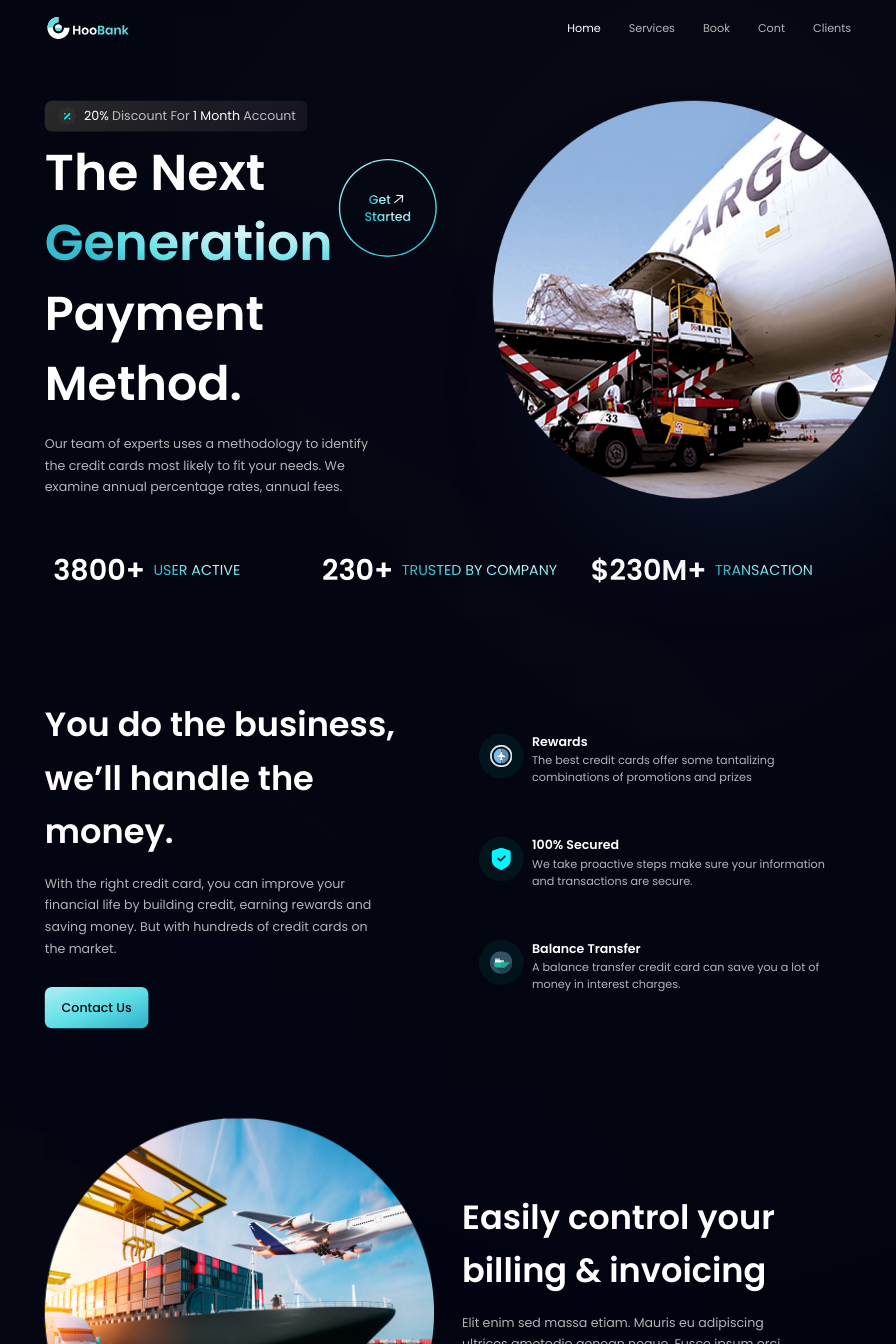
Repository: Miracleoluebube/captionlogistics
Page: /
An editor plug-in stored every save of this project. The page is shown before and after a run of saves, followed by the edit.
The browser window is 1280 px wide. The pictures show the part of the page from y = 0 to 1920 px (the page is 5015 px tall), at 70% of full size.
The project was rebuilt for these pictures with package versions that can differ from the ones it lists, and the page was loaded fresh each time. Also part of the build but not shown: vite.config.js.

Above is the page before, as saved 2022-10-01 07:03:45.

### src/index.css
/* :root {
  font-family: Inter, Avenir, Helvetica, Arial, sans-serif;
  font-size: 16px;
  line-height: 24px;
  font-weight: 400;

  color-scheme: light dark;
  color: rgba(255, 255, 255, 0.87);
  background-color: #242424;

  font-synthesis: none;
  text-rendering: optimizeLegibility;
  -webkit-font-smoothing: antialiased;
  -moz-osx-font-smoothing: grayscale;
  -webkit-text-size-adjust: 100%;
}

a {
  font-weight: 500;
  color: #646cff;
  text-decoration: inherit;
}
a:hover {
  color: #535bf2;
}

body {
  margin: 0;
  display: flex;
  place-items: center;
  min-width: 320px;
  min-height: 100vh;
}

h1 {
  font-size: 3.2em;
  line-height: 1.1;
}

button {
  border-radius: 8px;
  border: 1px solid transparent;
  padding: 0.6em 1.2em;
  font-size: 1em;
  font-weight: 500;
  font-family: inherit;
  background-color: #1a1a1a;
  cursor: pointer;
  transition: border-color 0.25s;
}
button:hover {
  border-color: #646cff;
}
button:focus,
button:focus-visible {
  outline: 4px auto -webkit-focus-ring-color;
}
*/

@import url("https://fonts.googleapis.com/css2?family=Poppins:wght@400;500;600;700;800;900&display=swap");

@tailwind base;
@tailwind components;
@tailwind utilities;

:root {
  --black-gradient: linear-gradient(
    144.39deg,
    #ffffff -278.56%,
    #6d6d6d -78.47%,
    #11101d 91.61%
  );
  --card-shadow: 0px 20px 100px -10px rgba(66, 71, 91, 0.1);
}

* {
  scroll-behavior: smooth;
}

.text-gradient {
  background: radial-gradient(
    64.18% 64.18% at 71.16% 35.69%,
    #def9fa 0.89%,
    #bef3f5 17.23%,
    #9dedf0 42.04%,
    #7de7eb 55.12%,
    #5ce1e6 71.54%,
    #33bbcf 100%
  );
  -webkit-background-clip: text;
  -webkit-text-fill-color: transparent;
  background-clip: text;
  text-fill-color: transparent;
}

.bg-blue-gradient {
  background: linear-gradient(
    157.81deg,
    #def9fa -43.27%,
    #bef3f5 -21.24%,
    #9dedf0 12.19%,
    #7de7eb 29.82%,
    #5ce1e6 51.94%,
    #33bbcf 90.29%
  );
}

.bg-black-gradient {
  background: linear-gradient(
    144.39deg,
    #ffffff -278.56%,
    #6d6d6d -78.47%,
    #11101d 91.61%
  );
}

.bg-black-gradient-2 {
  background: linear-gradient(
    -168.39deg,
    #ffffff -278.56%,
    #6d6d6d -78.47%,
    #11101d 91.61%
  );
}

.bg-gray-gradient {
  background: linear-gradient(
    153.47deg,
    rgba(255, 255, 255, 0) -341.94%,
    #14101d 95.11%
  );
}

.bg-discount-gradient {
  background: linear-gradient(125.17deg, #272727 0%, #11101d 100%);
}

.box-shadow {
  box-shadow: 0px 20px 100px -10px rgba(66, 71, 91, 0.1);
}

.sidebar {
  -webkit-animation: slide-top 0.5s cubic-bezier(0.25, 0.46, 0.45, 0.94) both;
  animation: slide-top 0.5s cubic-bezier(0.25, 0.46, 0.45, 0.94) both;
}

@-webkit-keyframes slide-top {
  0% {
    -webkit-transform: translateY(100px);
    transform: translateY(100px);
  }
  100% {
    -webkit-transform: translateY(0);
    transform: translateY(0);
  }
}

@keyframes slide-top {
  0% {
    -webkit-transform: translateY(100px);
    transform: translateY(100px);
  }
  100% {
    -webkit-transform: translateY(0);
    transform: translateY(0);
  }
}

.feature-card:hover {
  background: var(--black-gradient);
  box-shadow: var(--card-shadow);
}

.feedback-container .feedback-card:last-child {
  margin-right: 0px;
}

.feedback-card {
  background: transparent;
}

.feedback-card:hover {
  background: var(--black-gradient);
}

.blue__gradient {
  background: linear-gradient(180deg, rgba(188, 165, 255, 0) 0%, #214d76 100%);
  filter: blur(123px);
}

.pink__gradient {
  background: linear-gradient(90deg, #f4c4f3 0%, #fc67fa 100%);
  filter: blur(900px);
}

.white__gradient {
  background: rgba(255, 255, 255, 0.6);
  filter: blur(750px);
}


@media (prefers-color-scheme: light) {
  :root {
    color: #213547;
    background-color: #ffffff;
  }
  a:hover {
    color: #747bff;
  }
  button {
    background-color: #f9f9f9;
  }
}

### src/style.js
const styles = {
  boxWidth: "xl:max-w-[1280px] w-full",

  heading2: "font-poppins font-semibold xs:text-[48px] text-[40px] text-white xs:leading-[76.8px] leading-[66.8px] w-full",
  paragraph: "font-poppins font-normal text-dimWhite text-[18px] leading-[30.8px]",

  flexCenter: "flex justify-center items-center",
  flexStart: "flex justify-center items-start",

  paddingX: "sm:px-16 px-6",
  paddingY: "sm:py-16 py-6",
  padding: "sm:px-16 px-6 sm:py-12 py-4",

  marginX: "sm:mx-16 mx-6",
  marginY: "sm:my-16 my-6",
};

export const layout = {
  section: `flex md:flex-row flex-col ${styles.paddingY}`,
  sectionReverse: `flex md:flex-row flex-col-reverse ${styles.paddingY}`,

  sectionImgReverse: `flex-1 flex ${styles.flexCenter} md:mr-10 mr-0 md:mt-0 mt-10 relative`,
  sectionImg: `flex-1 flex ${styles.flexCenter} md:ml-10 ml-0 md:mt-0 mt-10 relative`,

  sectionInfo: `flex-1 ${styles.flexStart} flex-col`,
};

export default styles;

### src/components/Navbar.jsx
import { useState } from "react";

import { close, logo, menu } from "../assets";
import { navLinks } from "../constants";

const Navbar = () => {
  const [active, setActive] = useState("Home");
  const [toggle, setToggle] = useState(false);

  return (
    <nav className="w-full flex py-6 justify-between items-center navbar">
      <img src={logo} alt="hoobank" className="w-[124px] h-[32px]" />

      <ul className="list-none sm:flex hidden justify-end items-center flex-1">
        {navLinks.map((nav, index) => (
          <li
            key={nav.id}
            className={`font-poppins font-normal cursor-pointer text-[16px] ${
              active === nav.title ? "text-white" : "text-dimWhite"
            } ${index === navLinks.length - 1 ? "mr-0" : "mr-10"}`}
            onClick={() => setActive(nav.title)}
          >
            <a href={`#${nav.id}`}>{nav.title}</a>
          </li>
        ))}
      </ul>

      <div className="sm:hidden flex flex-1 justify-end items-center">
        <img
          src={toggle ? close : menu}
          alt="menu"
          className="w-[28px] h-[28px] object-contain"
          onClick={() => setToggle(!toggle)}
        />

        <div
          className={`${
            !toggle ? "hidden" : "flex"
          } p-6 bg-black-gradient absolute top-20 right-0 mx-4 my-2 min-w-[140px] rounded-xl sidebar`}
        >
          <ul className="list-none flex justify-end items-start flex-1 flex-col">
            {navLinks.map((nav, index) => (
              <li
                key={nav.id}
                className={`font-poppins font-medium cursor-pointer text-[16px] ${
                  active === nav.title ? "text-white" : "text-dimWhite"
                } ${index === navLinks.length - 1 ? "mb-0" : "mb-4"}`}
                onClick={() => setActive(nav.title)}
              >
                <a href={`#${nav.id}`}>{nav.title}</a>
              </li>
            ))}
          </ul>
        </div>
      </div>
    </nav>
  );
};

export default Navbar;

### src/components/Billing.jsx
import { apple, bill, google } from "../assets";
import styles, { layout } from "../style";

const Billing = () => (
  <section id="product" className={layout.sectionReverse}>
    <div className={layout.sectionImgReverse}>
      <img src={bill} alt="billing" className="w-[100%] h-[100%] relative z-[5]" />

      {/* gradient start */}
      <div className="absolute z-[3] -left-1/2 top-0 w-[50%] h-[50%] rounded-full white__gradient" />
      <div className="absolute z-[0] w-[50%] h-[50%] -left-1/2 bottom-0 rounded-full pink__gradient" />
      {/* gradient end */}
    </div>

    <div className={layout.sectionInfo}>
      <h2 className={styles.heading2}>
        Easily control your <br className="sm:block hidden" /> billing &
        invoicing
      </h2>
      <p className={`${styles.paragraph} max-w-[470px] mt-5`}>
        Elit enim sed massa etiam. Mauris eu adipiscing ultrices ametodio
        aenean neque. Fusce ipsum orci rhoncus aliporttitor integer platea
        placerat.
      </p>

      <div className="flex flex-row flex-wrap sm:mt-10 mt-6">
        <img src={apple} alt="google_play" className="w-[128.86px] h-[42.05px] object-contain mr-5 cursor-pointer" />
        <img src={google} alt="google_play" className="w-[144.17px] h-[43.08px] object-contain cursor-pointer" />
      </div>
    </div>
  </section>
);

export default Billing;

### src/components/CardDeal.jsx
import { card } from "../assets";
import styles, { layout } from "../style";
import Button from "./Button";

const CardDeal = () => (
  <section className={layout.section}>
    <div className={layout.sectionInfo}>
      <h2 className={styles.heading2}>
        Find a better card deal <br className="sm:block hidden" /> in few easy
        steps.
      </h2>
      <p className={`${styles.paragraph} max-w-[470px] mt-5`}>
        Arcu tortor, purus in mattis at sed integer faucibus. Aliquet quis
        aliquet eget mauris tortor.ç Aliquet ultrices ac, ametau.
      </p>

      <Button styles={`mt-10`} />
    </div>

    <div className={layout.sectionImg}>
      <img src={card} alt="billing" className="w-[100%] h-[100%]" />
    </div>
  </section>
);

export default CardDeal;

### src/components/Business.jsx
import { features } from "../constants";
import styles, { layout } from "../style";
import Button from "./Button";

const FeatureCard = ({ icon, title, content, index }) => (
  <div className={`flex flex-row p-6 rounded-[20px] ${index !== features.length - 1 ? "mb-6" : "mb-0"} feature-card`}>
    <div className={`w-[64px] h-[64px] rounded-full ${styles.flexCenter} bg-dimBlue`}>
      <img src={icon} alt="star" className="w-[50%] h-[50%] object-contain" />
    </div>
    <div className="flex-1 flex flex-col ml-3">
      <h4 className="font-poppins font-semibold text-white text-[18px] leading-[23.4px] mb-1">
        {title}
      </h4>
      <p className="font-poppins font-normal text-dimWhite text-[16px] leading-[24px]">
        {content}
      </p>
    </div>
  </div>
);

const Business = () =>  (
  <section id="features" className={layout.section}>
    <div className={layout.sectionInfo}>
      <h2 className={styles.heading2}>
        You do the business, <br className="sm:block hidden" /> we’ll handle
        the money.
      </h2>
      <p className={`${styles.paragraph} max-w-[470px] mt-5`}>
        With the right credit card, you can improve your financial life by
        building credit, earning rewards and saving money. But with hundreds
        of credit cards on the market.
      </p>

      <Button styles={`mt-10`} />
    </div>

    <div className={`${layout.sectionImg} flex-col`}>
      {features.map((feature, index) => (
        <FeatureCard key={feature.id} {...feature} index={index} />
      ))}
    </div>
  </section>
);

export default Business;

### src/components/Stats.jsx
import { stats } from "../constants";
import styles from "../style";

const Stats = () => (
  <section className={`${styles.flexCenter} flex-row flex-wrap sm:mb-20 mb-6`}>
    {stats.map((stat) => (
      <div key={stat.id} className={`flex-1 flex justify-start items-center flex-row m-3`} >
        <h4 className="font-poppins font-semibold xs:text-[40.89px] text-[30.89px] xs:leading-[53.16px] leading-[43.16px] text-white">
          {stat.value}
        </h4>
        <p className="font-poppins font-normal xs:text-[20.45px] text-[15.45px] xs:leading-[26.58px] leading-[21.58px] text-gradient uppercase ml-3">
          {stat.title}
        </p>
      </div>
    ))}
  </section>
);

export default Stats;

### src/components/Footer.jsx
import styles from "../style";
import { logo } from "../assets";
import { footerLinks, socialMedia } from "../constants";

const Footer = () => (
  <section className={`${styles.flexCenter} ${styles.paddingY} flex-col`}>
    <div className={`${styles.flexStart} md:flex-row flex-col mb-8 w-full`}>
      <div className="flex-[1] flex flex-col justify-start mr-10">
        <img
          src={logo}
          alt="hoobank"
          className="w-[266px] h-[72.14px] object-contain"
        />
        <p className={`${styles.paragraph} mt-4 max-w-[312px]`}>
          A new way to make the payments easy, reliable and secure.
        </p>
      </div>

      <div className="flex-[1.5] w-full flex flex-row justify-between flex-wrap md:mt-0 mt-10">
        {footerLinks.map((footerlink) => (
          <div key={footerlink.title} className={`flex flex-col ss:my-0 my-4 min-w-[150px]`}>
            <h4 className="font-poppins font-medium text-[18px] leading-[27px] text-white">
              {footerlink.title}
            </h4>
            <ul className="list-none mt-4">
              {footerlink.links.map((link, index) => (
                <li
                  key={link.name}
                  className={`font-poppins font-normal text-[16px] leading-[24px] text-dimWhite hover:text-secondary cursor-pointer ${
                    index !== footerlink.links.length - 1 ? "mb-4" : "mb-0"
                  }`}
                >
                  {link.name}
                </li>
              ))}
            </ul>
          </div>
        ))}
      </div>
    </div>

    <div className="w-full flex justify-between items-center md:flex-row flex-col pt-6 border-t-[1px] border-t-[#3F3E45]">
      <p className="font-poppins font-normal text-center text-[18px] leading-[27px] text-white">
        Copyright Ⓒ 2022 HooBank. All Rights Reserved.
      </p>

      <div className="flex flex-row md:mt-0 mt-6">
        {socialMedia.map((social, index) => (
          <img
            key={social.id}
            src={social.icon}
            alt={social.id}
            className={`w-[21px] h-[21px] object-contain cursor-pointer ${
              index !== socialMedia.length - 1 ? "mr-6" : "mr-0"
            }`}
            onClick={() => window.open(social.link)}
          />
        ))}
      </div>
    </div>
  </section>
);

export default Footer;

### src/components/Testimonials.jsx
import { feedback } from "../constants";
import styles from "../style";
import FeedbackCard from "./FeedbackCard";

const Testimonials = () => (
  <section id="clients" className={`${styles.paddingY} ${styles.flexCenter} flex-col relative `}>
    <div className="absolute z-[0] w-[60%] h-[60%] -right-[50%] rounded-full blue__gradient bottom-40" />

    <div className="w-full flex justify-between items-center md:flex-row flex-col sm:mb-16 mb-6 relative z-[1]">
      <h2 className={styles.heading2}>
        What People are <br className="sm:block hidden" /> saying about us
      </h2>
      <div className="w-full md:mt-0 mt-6">
        <p className={`${styles.paragraph} text-left max-w-[450px]`}>
          Everything you need to accept card payments and grow your business
          anywhere on the planet.
        </p>
      </div>
    </div>

    <div className="flex flex-wrap sm:justify-start justify-center w-full feedback-container relative z-[1]">
      {feedback.map((card) => <FeedbackCard key={card.id} {...card} />)}
    </div>
  </section>
);

export default Testimonials;

### src/components/Hero.jsx
import styles from "../style";
import { discount, robot } from "../assets";
import GetStarted from "./GetStarted";

const Hero = () => {
  return (
    <section id="home" className={`flex md:flex-row flex-col ${styles.paddingY}`}>
      <div className={`flex-1 ${styles.flexStart} flex-col xl:px-0 sm:px-16 px-6`}>
        <div className="flex flex-row items-center py-[6px] px-4 bg-discount-gradient rounded-[10px] mb-2">
          <img src={discount} alt="discount" className="w-[32px] h-[32px]" />
          <p className={`${styles.paragraph} ml-2`}>
            <span className="text-white">20%</span> Discount For{" "}
            <span className="text-white">1 Month</span> Account
          </p>
        </div>

        <div className="flex flex-row justify-between items-center w-full">
          <h1 className="flex-1 font-poppins font-semibold ss:text-[72px] text-[52px] text-white ss:leading-[100.8px] leading-[75px]">
            The Next <br className="sm:block hidden" />{" "}
            <span className="text-gradient">Generation</span>{" "}
          </h1>
          <div className="ss:flex hidden md:mr-4 mr-0">
            <GetStarted />
          </div>
        </div>

        <h1 className="font-poppins font-semibold ss:text-[68px] text-[52px] text-white ss:leading-[100.8px] leading-[75px] w-full">
          Payment Method.
        </h1>
        <p className={`${styles.paragraph} max-w-[470px] mt-5`}>
          Our team of experts uses a methodology to identify the credit cards
          most likely to fit your needs. We examine annual percentage rates,
          annual fees.
        </p>
      </div>

      <div className={`flex-1 flex ${styles.flexCenter} md:my-0 my-10 relative`}>
        <img src={robot} alt="billing" className="w-[100%] h-[100%] relative z-[5]" />

        {/* gradient start */}
        <div className="absolute z-[0] w-[40%] h-[35%] top-0 pink__gradient" />
        <div className="absolute z-[1] w-[80%] h-[80%] rounded-full white__gradient bottom-40" />
        <div className="absolute z-[0] w-[50%] h-[50%] right-20 bottom-20 blue__gradient" />
        {/* gradient end */}
      </div>

      <div className={`ss:hidden ${styles.flexCenter}`}>
        <GetStarted />
      </div>
    </section>
  );
};

export default Hero;

### src/constants/index.js
import { people01, people02, people03, facebook, instagram, linkedin, twitter, airbnb, binance, coinbase, dropbox, send, shield, star  } from "../assets";

export const navLinks = [
  {
    id: "home",
    title: "Home",
  },
  {
    id: "features",
    title: "Services",
  },
  {
    id: "product",
    title: "Book",
  },

  {
    id: "contact Us",
    title: "Cont",
  },
  {
    id: "clients",
    title: "Clients",
  },
];

export const features = [
  {
    id: "feature-1",
    icon: star,
    title: "Rewards",
    content:
      "The best credit cards offer some tantalizing combinations of promotions and prizes",
  },
  {
    id: "feature-2",
    icon: shield,
    title: "100% Secured",
    content:
      "We take proactive steps make sure your information and transactions are secure.",
  },
  {
    id: "feature-3",
    icon: send,
    title: "Balance Transfer",
    content:
      "A balance transfer credit card can save you a lot of money in interest charges.",
  },
];

export const feedback = [
  {
    id: "feedback-1",
    content:
      "Money is only a tool. It will take you wherever you wish, but it will not replace you as the driver.",
    name: "Herman Jensen",
    title: "Founder & Leader",
    img: people01,
  },
  {
    id: "feedback-2",
    content:
      "Money makes your life easier. If you're lucky to have it, you're lucky.",
    name: "Steve Mark",
    title: "Founder & Leader",
    img: people02,
  },
  {
    id: "feedback-3",
    content:
      "It is usually people in the money business, finance, and international trade that are really rich.",
    name: "Kenn Gallagher",
    title: "Founder & Leader",
    img: people03,
  },
];

export const stats = [
  {
    id: "stats-1",
    title: "User Active",
    value: "3800+",
  },
  {
    id: "stats-2",
    title: "Trusted by Company",
    value: "230+",
  },
  {
    id: "stats-3",
    title: "Transaction",
    value: "$230M+",
  },
];

export const footerLinks = [
  {
    title: "Useful Links",
    links: [
      {
        name: "Content",
        link: "https://www.hoobank.com/content/",
      },
      {
        name: "How it Works",
        link: "https://www.hoobank.com/how-it-works/",
      },
      {
        name: "Create",
        link: "https://www.hoobank.com/create/",
      },
      {
        name: "Explore",
        link: "https://www.hoobank.com/explore/",
      },
      {
        name: "Terms & Services",
        link: "https://www.hoobank.com/terms-and-services/",
      },
    ],
  },
  {
    title: "Community",
    links: [
      {
        name: "Help Center",
        link: "https://www.hoobank.com/help-center/",
      },
      {
        name: "Partners",
        link: "https://www.hoobank.com/partners/",
      },
      {
        name: "Suggestions",
        link: "https://www.hoobank.com/suggestions/",
      },
      {
        name: "Blog",
        link: "https://www.hoobank.com/blog/",
      },
      {
        name: "Newsletters",
        link: "https://www.hoobank.com/newsletters/",
      },
    ],
  },
  {
    title: "Partner",
    links: [
      {
        name: "Our Partner",
        link: "https://www.hoobank.com/our-partner/",
      },
      {
        name: "Become a Partner",
        link: "https://www.hoobank.com/become-a-partner/",
      },
    ],
  },
];

export const socialMedia = [
  {
    id: "social-media-1",
    icon: instagram,
    link: "https://www.instagram.com/",
  },
  {
    id: "social-media-2",
    icon: facebook,
    link: "https://www.facebook.com/",
  },
  {
    id: "social-media-3",
    icon: twitter,
    link: "https://www.twitter.com/",
  },
  {
    id: "social-media-4",
    icon: linkedin,
    link: "https://www.linkedin.com/",
  },
];

export const clients = [
  {
    id: "client-1",
    logo: airbnb,
  },
  {
    id: "client-2",
    logo: binance,
  },
  {
    id: "client-3",
    logo: coinbase,
  },
  {
    id: "client-4",
    logo: dropbox,
  },
];

### src/components/Button.jsx
import React from "react";

const Button = ({ styles }) => (
  <button type="button" className={`py-4 px-6 font-poppins font-medium text-[18px] text-primary bg-blue-gradient rounded-[10px] outline-none ${styles}`}>
    Contact Us
  </button>
);

export default Button;

### src/components/FeedbackCard.jsx
import { quotes } from "../assets";

const FeedbackCard = ({ content, name, title, img }) => (
  <div className="flex justify-between flex-col px-10 py-12 rounded-[20px]  max-w-[370px] md:mr-10 sm:mr-5 mr-0 my-5 feedback-card">
    <img src={quotes} alt="double_quotes" className="w-[42.6px] h-[27.6px] object-contain" />
    <p className="font-poppins font-normal text-[18px] leading-[32.4px] text-white my-10">
      {content}
    </p>

    <div className="flex flex-row">
      <img src={img} alt={name} className="w-[48px] h-[48px] rounded-full" />
      <div className="flex flex-col ml-4">
        <h4 className="font-poppins font-semibold text-[20px] leading-[32px] text-white">
          {name}
        </h4>
        <p className="font-poppins font-normal text-[16px] leading-[24px] text-dimWhite">
          {title}
        </p>
      </div>
    </div>
  </div>
);


export default FeedbackCard;

### src/components/GetStarted.jsx
import styles from "../style";
import { arrowUp } from "../assets";

const GetStarted = () => (
  <div className={`${styles.flexCenter} w-[140px] h-[140px] rounded-full bg-blue-gradient p-[2px] cursor-pointer`}>
    <div className={`${styles.flexCenter} flex-col bg-primary w-[100%] h-[100%] rounded-full`}>
      <div className={`${styles.flexStart} flex-row`}>
        <p className="font-poppins font-medium text-[18px] leading-[23.4px]">
          <span className="text-gradient">Get</span>
        </p>
        <img src={arrowUp} alt="arrow-up" className="w-[23px] h-[23px] object-contain" />
      </div>

      <p className="font-poppins font-medium text-[18px] leading-[23.4px]">
        <span className="text-gradient">Started</span>
      </p>
    </div>
  </div>
);

export default GetStarted;

Loaded but not shown: index.html (common file); src/main.jsx (common file); src/App.jsx (common file); src/components/index.js (common file); src/components/Clients.jsx (common file); src/components/CTA.jsx (common file); tailwind.config.cjs (common file); src/assets/index.js (53 lines, source omitted)

After the next 2 saves:
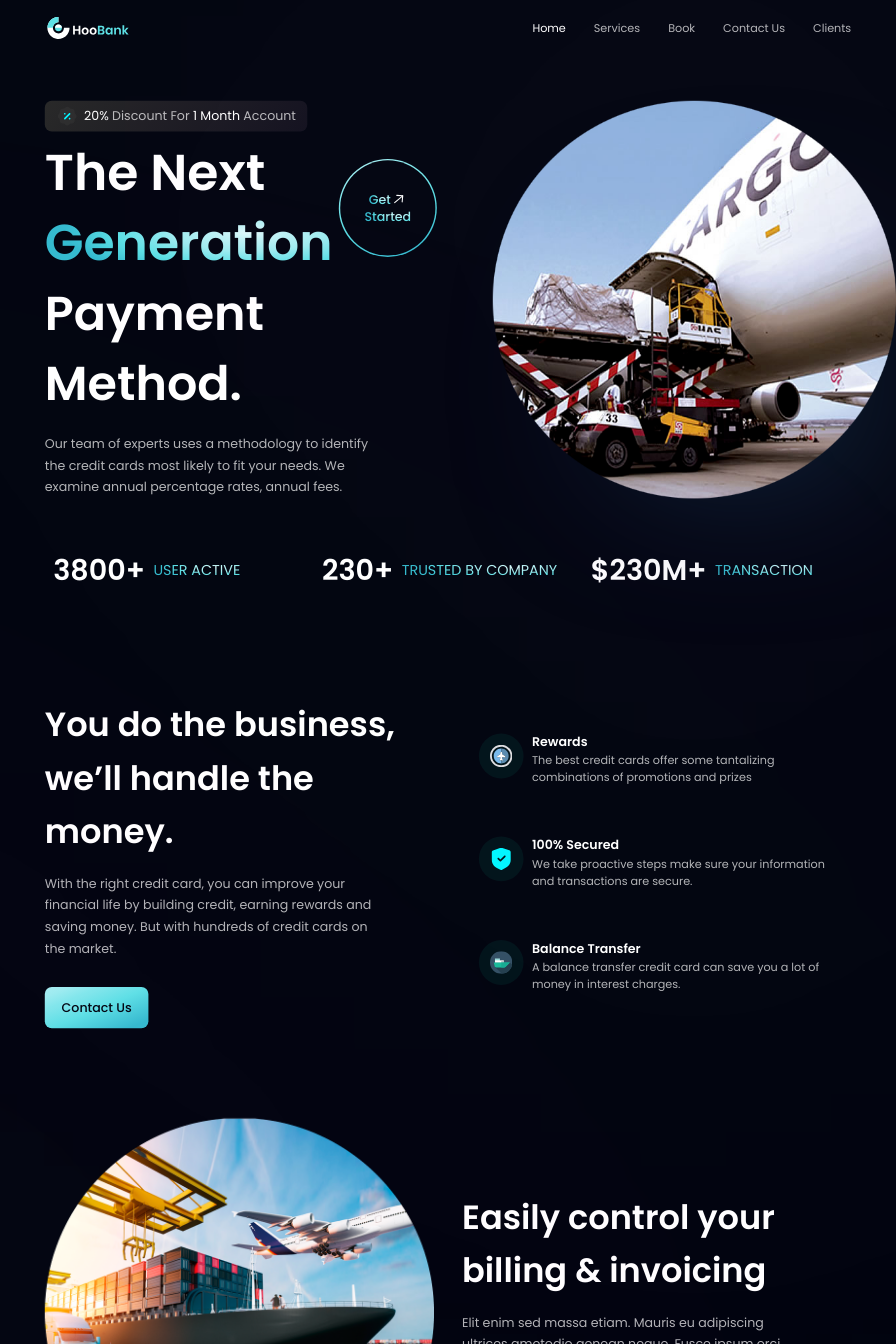
The 2 saves are shown as one change because they came seconds apart.
The last was saved 6 s later.
--- a/src/constants/index.js
+++ b/src/constants/index.js
@@ -16,7 +16,7 @@
 
   {
     id: "contact Us",
-    title: "Cont",
+    title: "Contact Us",
   },
   {
     id: "clients",
